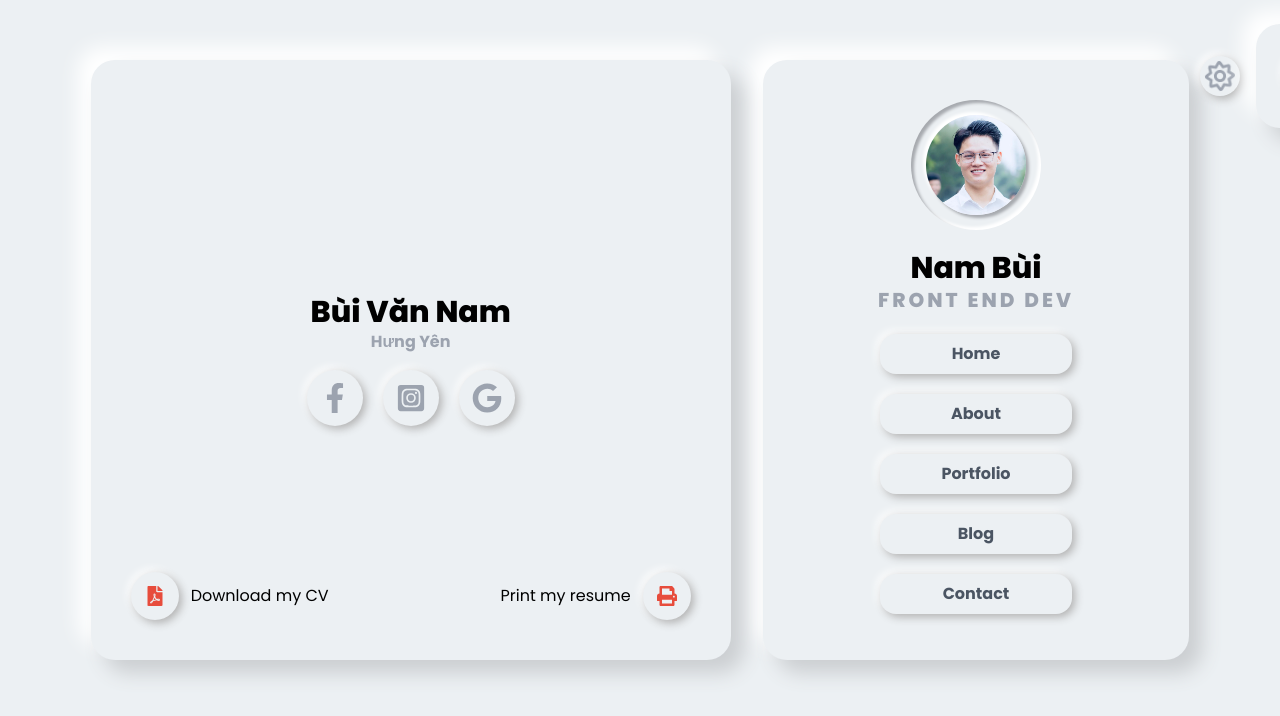
Repository: nambui98/profile_v2
Page: /
The author's editor kept a copy of each file at every save. The page is drawn from the files as they stood at one save, then again after the next save.
The browser window is 1280 px wide. The pictures show the whole page.
The project was rebuilt for these pictures with package versions that can differ from the ones it lists, and the page was loaded fresh each time.

Above is the page before, as saved 2022-03-11 14:29:17.

After the next save:
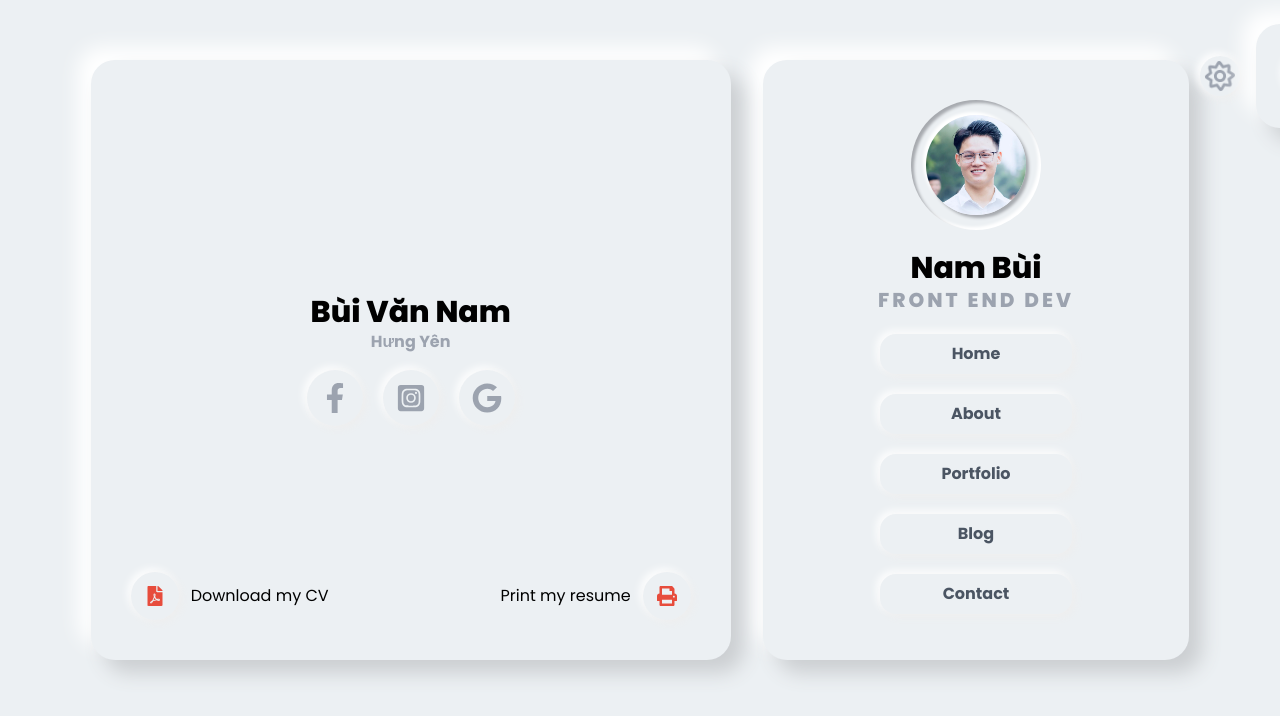
Saved 19 s later.
--- a/src/index.scss
+++ b/src/index.scss
@@ -8,7 +8,7 @@
 }
 @layer utilities {
     .btn-shadow{
-    box-shadow: 3px 3px 8px #b1b1b1,
+    box-shadow: 3px 3px 8px #eee,
                 -3px -3px 8px #fff;
     // width: 50px;
     // height: 50px;
